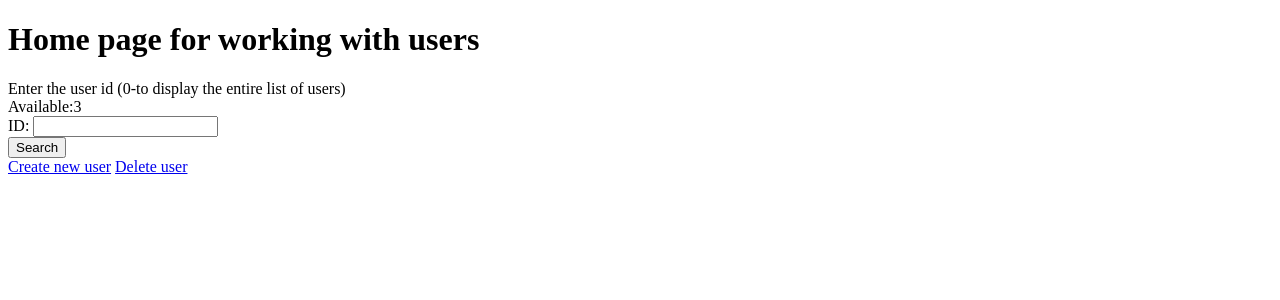
Repository: chistyakova-ann/NT
Page: http://localhost/myServlet/
The author's editor kept a copy of each file at every save. The page is drawn from the files as they stood at one save, then again after the next save.
The browser window is 1280 px wide. The pictures show the whole page.
The page is served by Tomcat 9. Other server files are loaded and not shown.

Above is the page before, as saved 2020-10-06 07:41:24.

### заглушки/users/eclipse-workspace/myServlet/WebContent/index.jsp
<%@ page import="logic.Model" %>

<%@ page language="java" contentType="text/html; charset=ISO-8859-1"
    pageEncoding="ISO-8859-1"%>
<!DOCTYPE html>
<html>
<head>
<meta charset="ISO-8859-1">
<title>Insert title here</title>
</head>
<body>
<h1>Home page for working with users</h1>
Enter the user id (0-to display the entire list of users)
<br/>
Available:<%
Model model=Model.getInstance();
out.print(model.getFromList().size());
%>
<form method="get" action="get">
<label>ID:
<input type="text" name="id"><br/>
</label>
<button type="submit">Search</button>
</form>
<a href="addUser.html">Create new user</a>
<a href="delete.jsp">Delete user</a>
</body>
</html>

### заглушки/users/eclipse-workspace/myServlet/src/logic/User.java
package logic;

public class User {
private String name;
private String surname;
private String salary;

public User(String name, String surname, String salary) {
	this.name=name;
	this.surname=surname;
	this.salary=salary;
}
public void setName(String name) {
	this.name=name;
}
public String getName() {
	return name;
	}
public void setSurname(String surname) {
	this.surname=surname;
}
public String getSurname() {
	return surname;
	}
public void setSalary(String salary) {
	this.salary=salary;
}
public String getSalary() {
	return salary;
	}
}

After the next save:
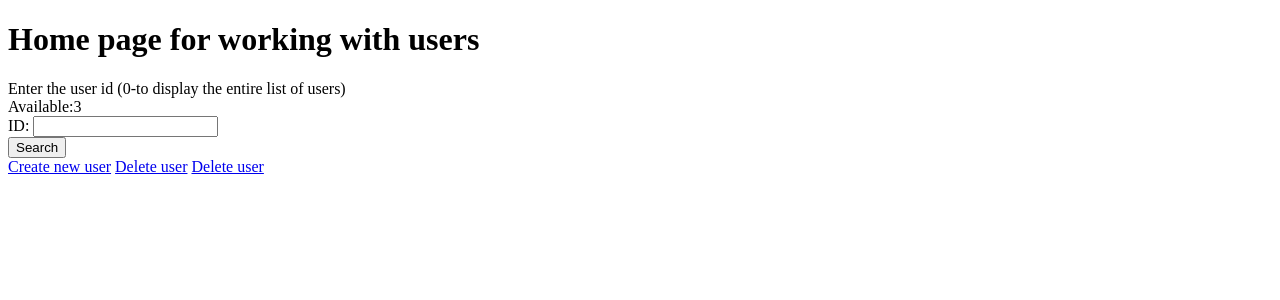
Saved 6 min 44 s later.
--- a/заглушки/users/eclipse-workspace/myServlet/WebContent/index.jsp
+++ b/заглушки/users/eclipse-workspace/myServlet/WebContent/index.jsp
@@ -24,5 +24,7 @@ out.print(model.getFromList().size());
 </form>
 <a href="addUser.html">Create new user</a>
 <a href="delete.jsp">Delete user</a>
+<a href="update.jsp">Delete user</a>
+
 </body>
 </html>
